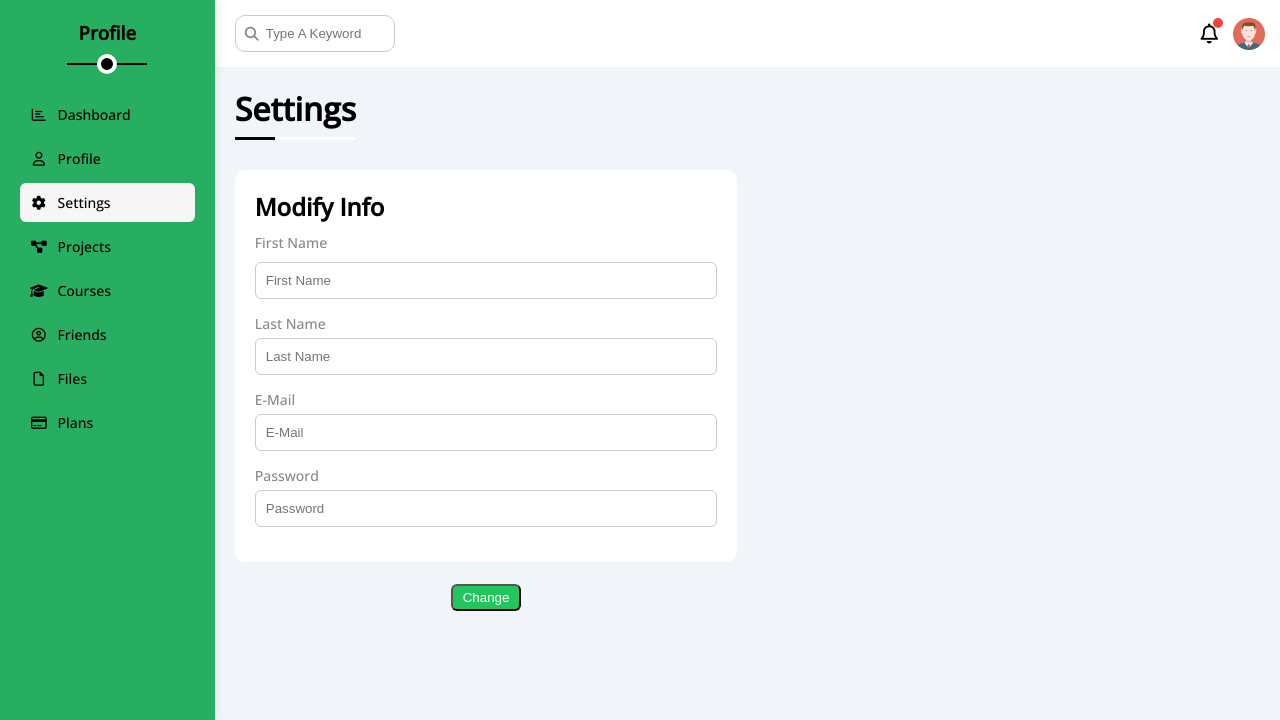
Repository: souhailaniba/Bookly
Page: public/assets/books webstie/settings.html
These files come from the project's save history. The page is drawn as it stood at one moment and after the next save; the edit follows.
The browser window is 1280 px wide. The pictures show the whole page.

Above is the page before, as saved 2023-01-27 15:05:14.

After the next save:
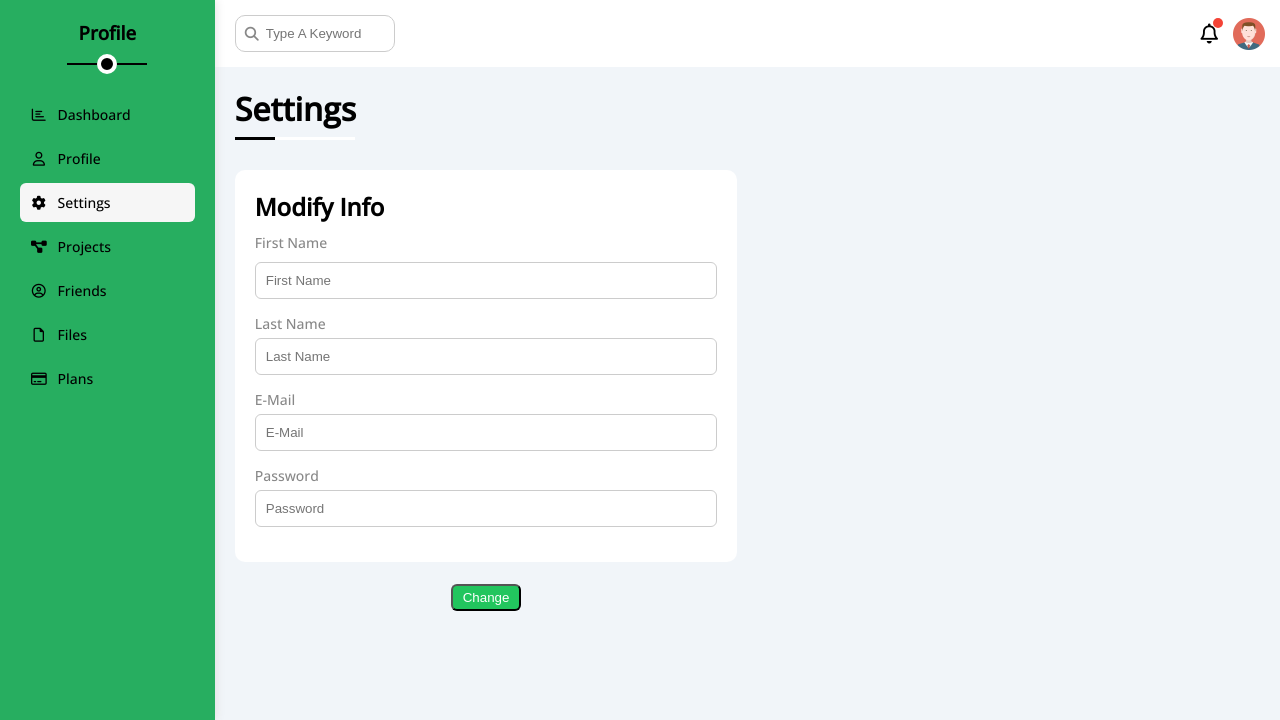
Saved 63 s later.
--- a/public/assets/books webstie/settings.html
+++ b/public/assets/books webstie/settings.html
@@ -39,12 +39,6 @@
             <a class="d-flex align-center fs-14 c-black rad-6 p-10" href="projects.html">
               <i class="fa-solid fa-diagram-project fa-fw"></i>
               <span>Projects</span>
-            </a>
-          </li>
-          <li>
-            <a class="d-flex align-center fs-14 c-black rad-6 p-10" href="courses.html">
-              <i class="fa-solid fa-graduation-cap fa-fw"></i>
-              <span>Courses</span>
             </a>
           </li>
           <li>
